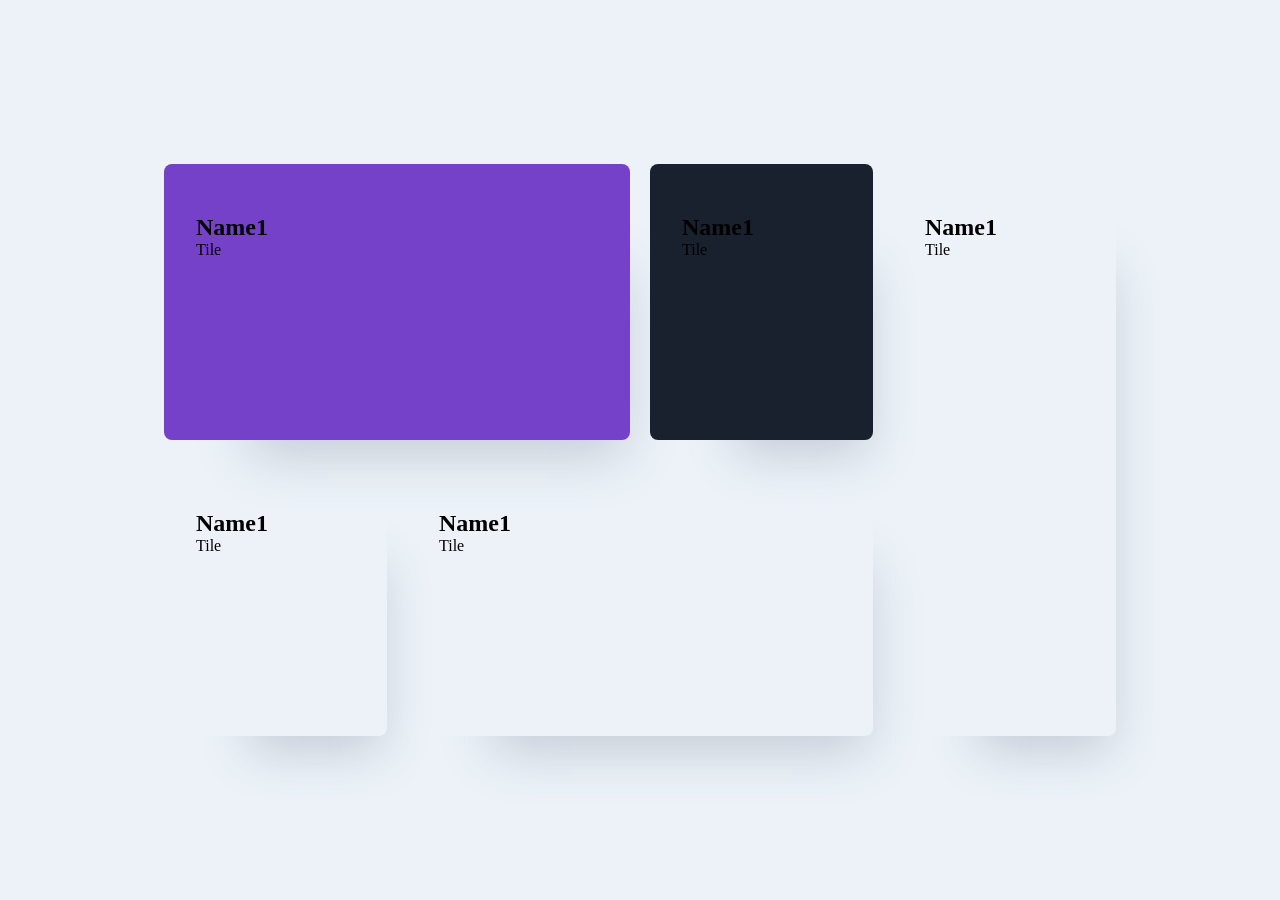
Repository: brandontaylor1/testimonial-card
Page: index.html
The author's editor kept a copy of each file at every save. The page is drawn from the files as they stood at one save, then again after the next save.
The browser window is 1280 px wide. The pictures show the whole page.

Above is the page before, as saved 2025-01-10 23:26:10.

After the next save:
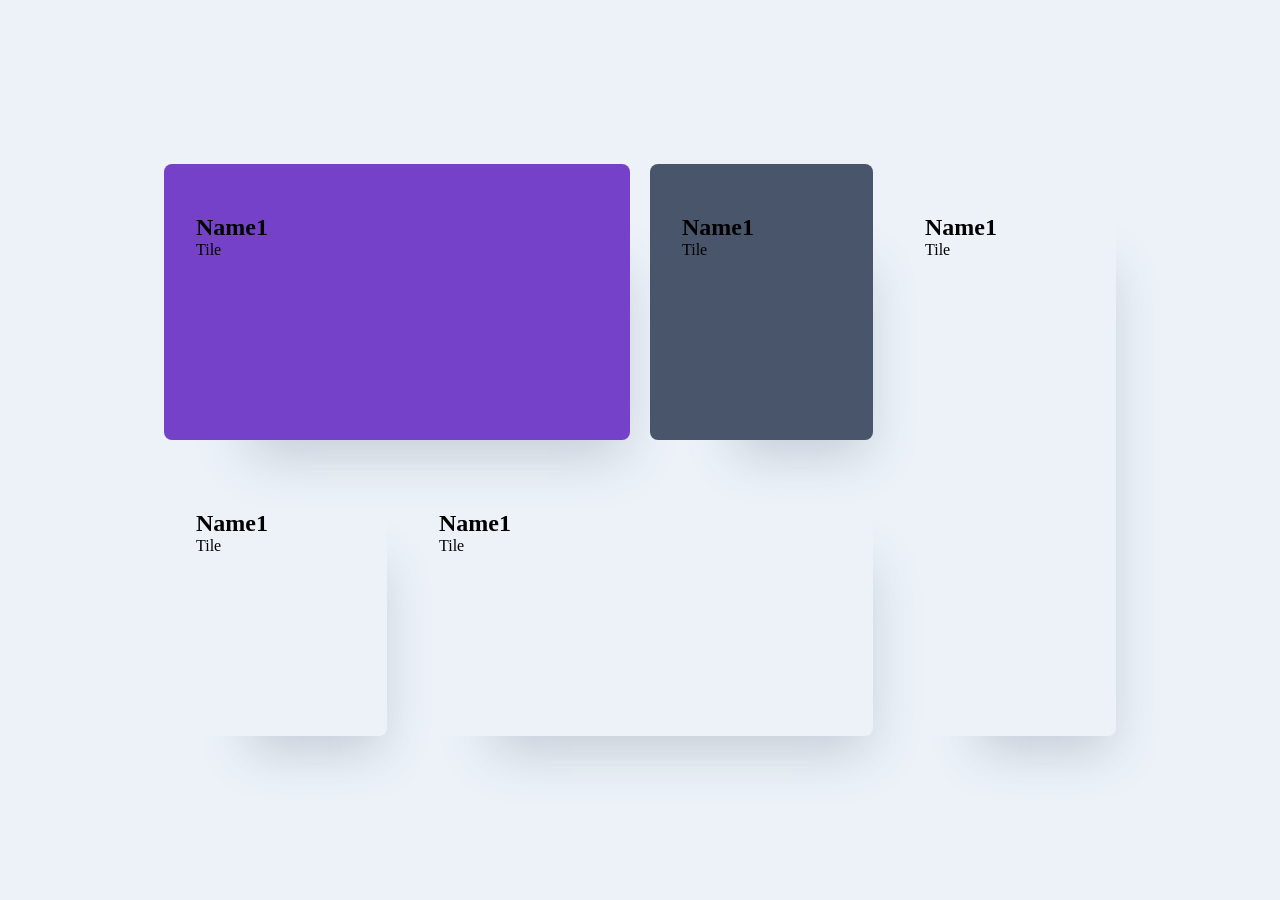
Saved 15 s later.
--- a/styles.css
+++ b/styles.css
@@ -44,7 +44,7 @@ body {
 
 #card-2 {
     grid-column: 3 / span 1;
-    background-color: var(--primary-very-dark-blackish-blue);
+    background-color: var(--primary-very-dark-grayish-blue);
 }
 
 #card-3 {
